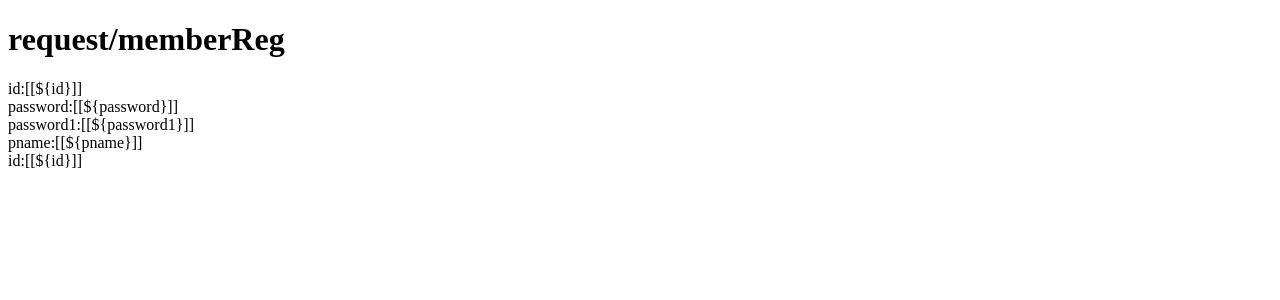
Repository: Yousehyeon/spring_work
Page: stsMvcProj/src/main/webapp/views/req/member.html
These files come from the project's save history. The page is drawn as it stood at one moment and after the next save; the edit follows.
The browser window is 1280 px wide. The pictures show the whole page.

Above is the page before, as saved 2023-08-18 07:46:09.

### stsMvcProj/src/main/webapp/views/req/member.html
<!DOCTYPE html>
<html xmlns:th="http://www.thymeleaf.org">
<head>
<meta charset="UTF-8">
<title>memberReg</title>
</head>
<body>
<h1>request/memberReg</h1>
id:[[${id}]]<br/>
password:[[${password}]]<br/>
password1:[[${password1}]]<br/>
pname:[[${pname}]]<br/>
id:[[${id}]]<br/>
</body>
</html>

After the next save:
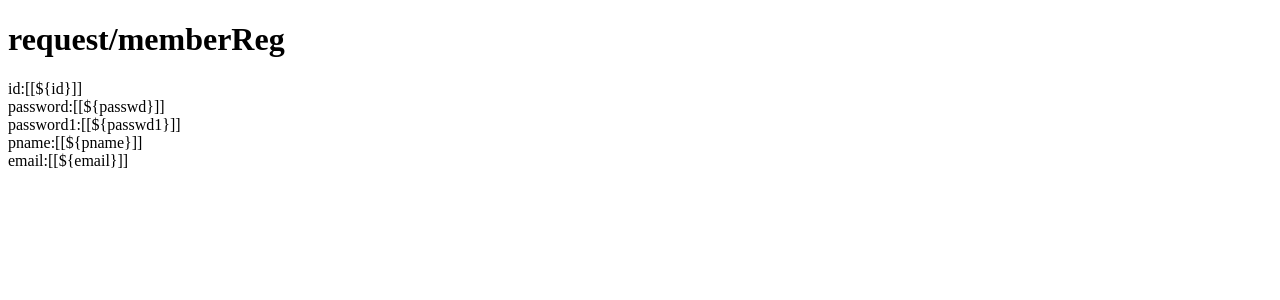
Saved 3 s later.
--- a/stsMvcProj/src/main/webapp/views/req/member.html
+++ b/stsMvcProj/src/main/webapp/views/req/member.html
@@ -7,9 +7,11 @@
 <body>
 <h1>request/memberReg</h1>
 id:[[${id}]]<br/>
-password:[[${password}]]<br/>
-password1:[[${password1}]]<br/>
+password:[[${passwd}]]<br/>
+password1:[[${passwd1}]]<br/>
 pname:[[${pname}]]<br/>
-id:[[${id}]]<br/>
+email:[[${email}]]<br/>
+
+
 </body>
 </html>
